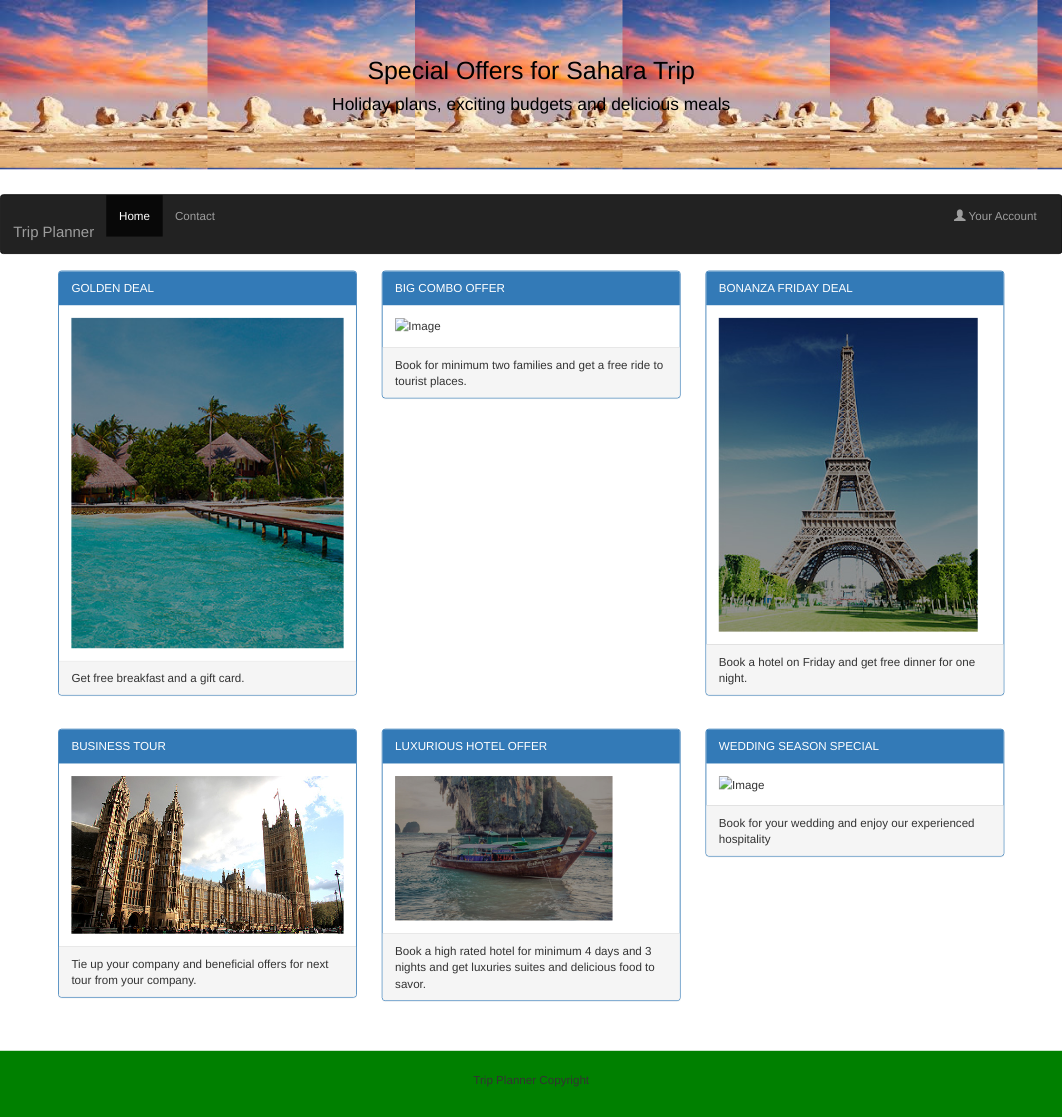
Repository: NanSin21/Mytourism-Website
Page: http://localhost/toursandtravelsmanagement/TripPlaces/CustomerSahara.jsp
These files come from the project's save history. The page is drawn as it stood at one moment and after the next save; the edit follows.
The browser window is 1280 px wide. The pictures show the whole page, at 83% of full size.
The page is served by Tomcat 9. Other server files are loaded and not shown.

Above is the page before, as saved 2018-07-27 06:21:14.

### toursandtravelsmanagement/WebContent/TripPlaces/CustomerSahara.jsp
<%@ page language="java" contentType="text/html; charset=ISO-8859-1"
    pageEncoding="ISO-8859-1"%>
<!DOCTYPE html PUBLIC "-//W3C//DTD HTML 4.01 Transitional//EN" "http://www.w3.org/TR/html4/loose.dtd">
<html>
<head>
<meta http-equiv="Content-Type" content="text/html; charset=ISO-8859-1">
<title>Sahara Trip Package</title>
<!-- <meta charset="utf-8"> -->
  <meta name="viewport" content="width=device-width, initial-scale=1">
  <link rel="stylesheet" href="https://maxcdn.bootstrapcdn.com/bootstrap/3.3.7/css/bootstrap.min.css">
  <script src="https://ajax.googleapis.com/ajax/libs/jquery/3.3.1/jquery.min.js"></script>
  <script src="https://maxcdn.bootstrapcdn.com/bootstrap/3.3.7/js/bootstrap.min.js"></script>
  <style>
  .navbar{
  margin-nottom= 50px;
  border-radius= 0;
  }
  .jumbotron{
   margin-bottom= 0;
   }
   footer{
   background: green;
   padding: 25px;
   }
   </style>
</head>
<body>

<div class="jumbotron" style="background-image: url('data:[embedded picture, 8983 characters]'); color: black;">
  <div class="container text-center">
   <h2>Special Offers for Sahara Trip</h2>
     <p>Holiday plans, exciting budgets and delicious meals</p>
  </div>
</div>

<nav class="navbar navbar-inverse">
  <div class="container-fluid">
      <div class="navbar-header">
        <button type="button" class="navbar-toggle" data-toggle="collapse" data-target="#myNavbar">
        <span class="icon-bar"></span>
        <span class="icon-bar"></span>
        <span class="icon-bar"></span>
        </button>
        <h1><a class="navbar-brand" href="CustomerHome.jsp">Trip Planner</a></h1>
      </div>
      <div class="collapse navbar-collapse" id="myNavbar">
      <ul class="nav navbar-nav">
        <li class="active"><a href="TripPlaces/CustomerLondon.jsp">Home</a></li>
       <!--  <li><a href="registration.jsp">Register</a></li>
        <li><a href="login.jsp">Login</a></li> -->
        <li><a href="contact.jsp">Contact</a></li>
      </ul>
      <ul class="nav navbar-nav navbar-right">
        <li><a href="profile.jsp"><span class="glyphicon glyphicon-user"></span> Your Account</a></li>
       <!--  <li><a href="budget.html">Budget Details</a></li> -->
      <!--   <li><a href="#"><span class="glyphicon glyphicon-shopping-cart"></span> Cart</a></li> -->
      </ul>
    </div>
  </div>
</nav>


   <div class="container">
  <div class="row">
    <div class="col-sm-4">
      <div class="panel panel-primary">
        <div class="panel-heading">GOLDEN DEAL</div>
        <div class="panel-body"><img src="images/ban_img2.jpg" class="img-responsive" style="width:100%" alt="Image"></div>
        <div class="panel-footer">Get free breakfast and a gift card.</div>
      </div>
    </div>
    <div class="col-sm-4">
      <div class="panel panel-primary">
        <div class="panel-heading">BIG COMBO OFFER</div>
        <div class="panel-body"><img src="" class="img-responsive" style="width:95%" alt="Image"></div>
        <div class="panel-footer">Book for minimum two families and get a free ride to tourist places.</div>
      </div>
    </div>
    <div class="col-sm-4">
      <div class="panel panel-primary">
        <div class="panel-heading">BONANZA FRIDAY DEAL</div>
        <div class="panel-body"><img src="images/ban_img3.jpg" class="img-responsive" style="width:95%" alt="Image"></div>
        <div class="panel-footer">Book a hotel on Friday and get free dinner for one night.</div>
      </div>
    </div>
  </div>
</div><br>

<div class="container">
  <div class="row">
    <div class="col-sm-4">
      <div class="panel panel-primary">
        <div class="panel-heading">BUSINESS TOUR</div>
        <div class="panel-body"><img src="images/londonhelp.jpg" class="img-responsive" style="width:100%" alt="Image"></div>
        <div class="panel-footer">Tie up your company and beneficial offers for next tour from your company.</div>
      </div>
    </div>
    <div class="col-sm-4">
      <div class="panel panel-primary">
        <div class="panel-heading">LUXURIOUS HOTEL OFFER</div>
        <div class="panel-body"><img src="images/2.jpg" class="img-responsive" style="width:80%" alt="Image"></div>
        <div class="panel-footer">Book a high rated hotel for minimum 4 days and 3 nights and get luxuries suites and delicious food to savor.</div>
      </div>
    </div>
    <div class="col-sm-4">
      <div class="panel panel-primary">
        <div class="panel-heading">WEDDING SEASON SPECIAL</div>
        <div class="panel-body"><img src="" class="img-responsive" style="width:100%" alt="Image"></div>
        <div class="panel-footer">Book for your wedding and enjoy our experienced hospitality</div>
      </div>
    </div>
  </div>
</div><br><br>

<footer class="container-fluid text-center">
  <p>Trip Planner Copyright</p>
 <!--  <form action="LoginServlet" method="post" class="form-inline">Get deals:
    <input type="email" class="form-control" size="50" name="email" placeholder="Email Address">
     <input type="password" placeholder="Enter Password" name="password" required>
    <button type="submit" class="btn btn-danger">Sign Up</button>
  </form> -->
</footer>
</body>
</html>

After the next save:
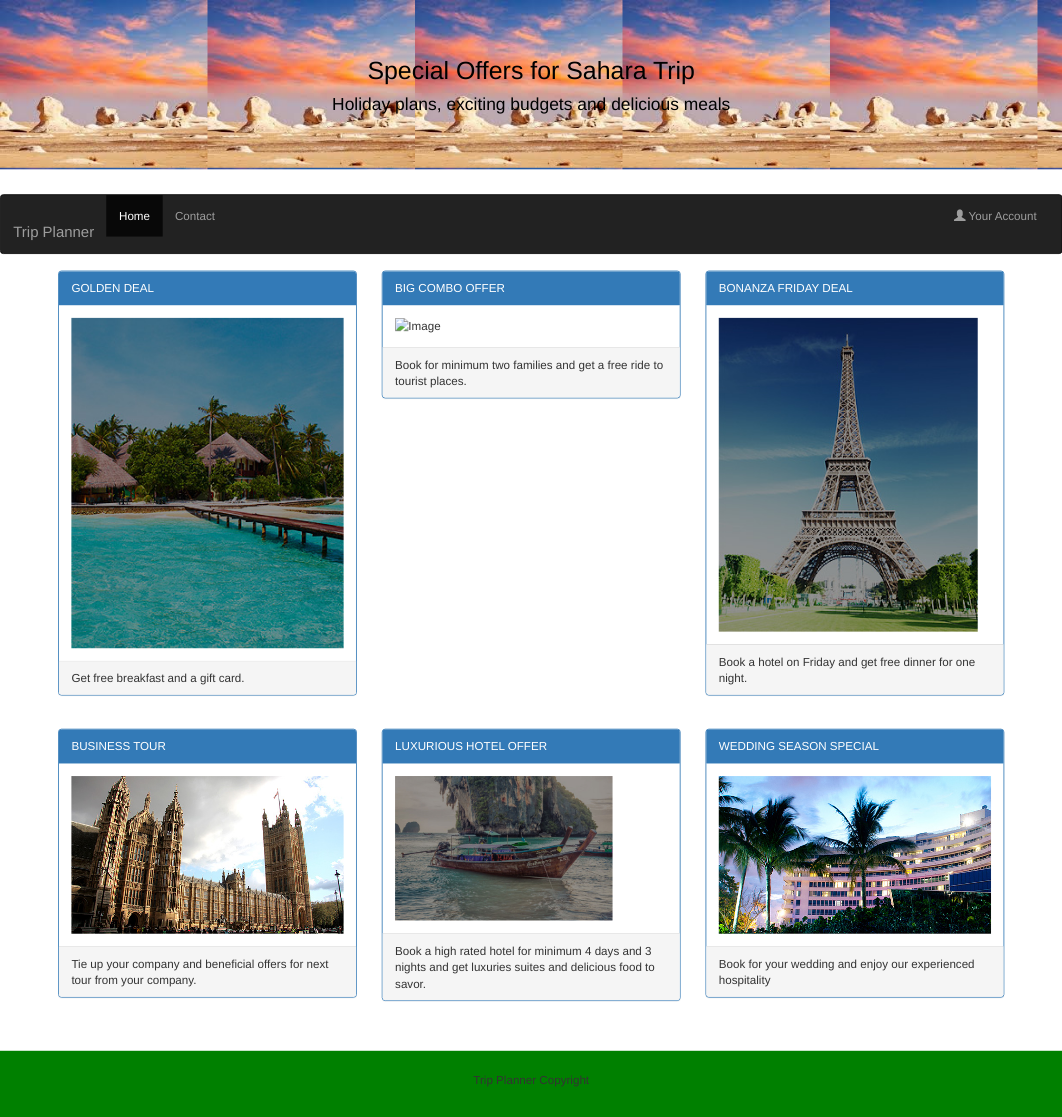
Saved 13 s later.
--- a/toursandtravelsmanagement/WebContent/TripPlaces/CustomerSahara.jsp
+++ b/toursandtravelsmanagement/WebContent/TripPlaces/CustomerSahara.jsp
@@ -105,7 +105,7 @@
     <div class="col-sm-4">
       <div class="panel panel-primary">
         <div class="panel-heading">WEDDING SEASON SPECIAL</div>
-        <div class="panel-body"><img src="" class="img-responsive" style="width:100%" alt="Image"></div>
+        <div class="panel-body"><img src="images/page4_img2.jpg" class="img-responsive" style="width:100%" alt="Image"></div>
         <div class="panel-footer">Book for your wedding and enjoy our experienced hospitality</div>
       </div>
     </div>
